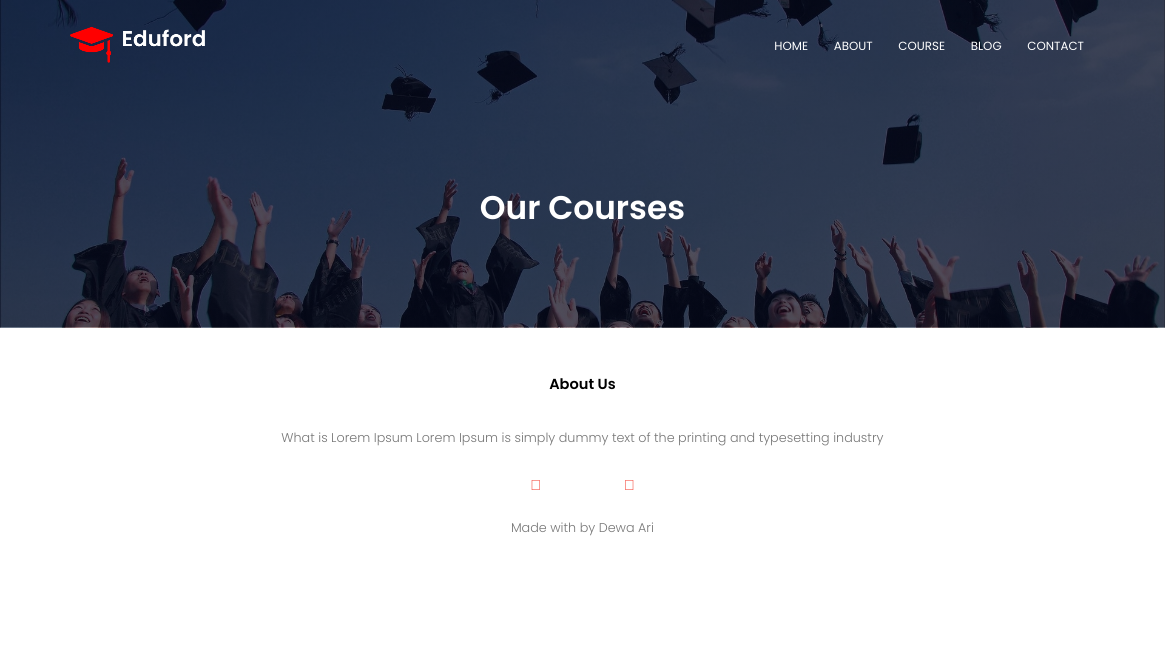
Repository: dewaary/company-profile
Page: course.html
An editor plug-in stored every save of this project. The page is shown before and after the next save, followed by the edit.
The browser window is 1280 px wide. The pictures show the whole page, at 91% of full size.

Above is the page before, as saved 2021-05-07 23:38:44.

### course.html
<!DOCTYPE html>
<html lang="en">

<head>
    <meta charset="UTF-8" />
    <meta http-equiv="X-UA-Compatible" content="IE=edge" />
    <meta name="viewport" content="width=device-width, initial-scale=1.0" />
    <title>University Website Design</title>
    <link rel="stylesheet" href="style.css" />
    <link rel="preconnect" href="https://fonts.gstatic.com" />
    <link href="https://fonts.googleapis.com/css2?family=Poppins:wght@200;300;400;600;700&display=swap"
        rel="stylesheet" />
    <link rel="stylesheet"
        href="https://cdn.jsdelivr.net/npm/@fortawesome/fontawesome-free@5.15.3/css/fontawesome.min.css" />
</head>

<body>
    <section class="sub-header">
        <nav>
            <a href="index.html"><img src="images/logo.png" /></a>
            <div class="nav-links" id="navLinks">
                <i class="fa fa-times" onclick="hideMenu()"></i>
                <ul>
                    <li><a href="">HOME</a></li>
                    <li><a href="">ABOUT</a></li>
                    <li><a href="">COURSE</a></li>
                    <li><a href="">BLOG</a></li>
                    <li><a href="">CONTACT</a></li>
                </ul>
            </div>
            <i class="fa fa-bars" onclick="showMenu()"></i>
        </nav>
        <h1>Our Courses</h1>
    </section>


    <section class="footer">
        <h4>About Us</h4>
        <p>
            What is Lorem Ipsum Lorem Ipsum is simply dummy text of the printing and
            typesetting industry
        </p>
        <div class="icons">
            <i class="fa fa-facebook"></i>
            <i class="fa fa-Twitter"></i>
            <i class="fa fa-Instagram"></i>
            <i class="fa fa-linkedin"></i>
        </div>
        <p>Made with <i class="fa fa-heart-0"></i>by Dewa Ari</p>
    </section>

    <!---- Javascript for Toggle Menu ---->
    <script>
        var navLinks = document.getElementById("navLinks");

        function showMenu() {
            navLinks.style.right = "0";
        }
        function hideMenu() {
            navLinks.style.right = "-200px";
        }
    </script>
</body>

</html>

### style.css
* {
  margin: 0;
  padding: 0;
  font-family: "Poppins", sans-serif;
}

.header {
  min-height: 100vh;
  width: 100%;
  background-image: linear-gradient(rgba(4, 9, 30, 0.7), rgba(4, 9, 30, 0.7)),
    url(images/banner.png);
  background-position: center;
  background-size: cover;
  position: relative;
}

nav {
  display: flex;
  padding: 2% 6%;
  justify-content: space-between;
  align-items: center;
}

nav img {
  width: 150px;
}

.nav-links {
  flex: 1;
  text-align: right;
}

.nav-links ul li {
  list-style: none;
  display: inline-block;
  padding: 8px 12px;
  position: relative;
}

.nav-links ul li a {
  color: #fff;
  text-decoration: none;
  font-size: 13px;
}

.nav-links ul li::after {
  content: "";
  width: 0%;
  height: 2px;
  background: #f44336;
  display: block;
  margin: auto;
  transition: 0.5s;
}

.nav-links ul li:hover::after {
  width: 100%;
}

.text-box {
  width: 90%;
  color: #fff;
  position: absolute;
  top: 50%;
  left: 50%;
  transform: translate(-50%, -50%);
  text-align: center;
}

.text-box h1 {
  font-size: 62px;
}

.text-box p {
  margin: 10px 0 40px;
  font-size: 14px;
  color: #fff;
}

.hero-btn {
  display: inline-block;
  text-decoration: none;
  color: #fff;
  border: 1px solid #fff;
  padding: 12px 34px;
  font-size: 13px;
  background: transparent;
  position: relative;
  cursor: pointer;
}

.hero-btn:hover {
  border: 1px solid #f44336;
  background: #f44336;
  transition: 1s;
}

nav .fa {
  display: none;
}

@media (max-width: 700px) {
  .text-box h1 {
    font-size: 20px;
  }

  .nav-links ul li {
    display: block;
  }
  .nav-links {
    position: absolute;
    background: #f44336;
    height: 100vh;
    width: 200px;
    top: 0;
    right: -200px;
    text-align: left;
    z-index: 2;
    transition: 1s;
  }

  nav .fa {
    display: block;
    color: #fff;
    margin: 10px;
    font-size: 22px;
    cursor: pointer;
  }

  .nav-links ul {
    padding: 30px;
  }
}

/*---- Course ------ */

.course {
  width: 80%;
  margin: auto;
  text-align: center;
  padding-top: 100px;
}

h1 {
  font-size: 36px;
  font-weight: 600;
}

p {
  color: #777;
  font-size: 14px;
  font-weight: 300;
  line-height: 22px;
  padding: 10px;
}

.row {
  margin-top: 5%;
  display: flex;
  justify-content: space-between;
}

.course-col {
  flex-basis: 31%;
  background: #fff3f3;
  border-radius: 10px;
  margin-bottom: 5%;
  padding: 20px 12px;
  box-sizing: border-box;
  transition: 0.5s;
}

h3 {
  text-align: center;
  font-weight: 600;
  margin: 10px 0;
}

.course-col:hover {
  box-shadow: 0 0 20px 0px rgba(0, 0, 0, 0.2);
}

@media (max-width: 700px) {
  .row {
    flex-direction: column;
  }
}

.campus {
  width: 80%;
  margin: auto;
  text-align: center;
  padding-top: 50px;
}

.campus-col {
  flex-basis: 32%;
  border-radius: 10px;
  margin-bottom: 30px;
  position: relative;
  overflow: hidden;
}
.campus-col img {
  width: 100%;
  display: block;
}

.layer {
  background: transparent;
  height: 100%;
  width: 100%;
  position: absolute;
  top: 0;
  left: 0;
  transition: 0.5s;
}

.layer:hover {
  background: rgba(226, 0, 0, 0.7);
}

.layer h3 {
  width: 100%;
  font-weight: 500;
  color: #fff;
  font-size: 26px;
  bottom: 0;
  left: 50%;
  transform: translateX(-50%);
  position: absolute;
  transition: 0.5s;
}

.layer:hover h3 {
  bottom: 49%;
  opacity: 1;
}

.facilities {
  width: 80%;
  margin: auto;
  text-align: center;
  padding-top: 100px;
}

.facilities-col {
  flex-basis: 31%;
  border-radius: 10px;
  margin-bottom: 5%;
  text-align: left;
}

.facilities-col img {
  width: 100%;
  border-radius: 10px;
}

.facilities-col p {
  padding: 0%;
}

.facilities-col h3 {
  margin-top: 16px;
  margin-bottom: 15px;
  text-align: left;
}

.testimonials {
  width: 80%;
  margin: auto;
  padding-top: 100px;
  text-align: center;
}

.testimonials-col {
  flex-basis: 44%;
  border-radius: 10px;
  margin-bottom: 5%;
  text-align: left;
  background: #fff3f3;
  padding: 25px;
  cursor: pointer;
  display: flex;
}

.testimonials-col img {
  height: 40px;
  margin-left: 5px;
  margin-right: 30px;
  border-radius: 50%;
}

.testimonials-col p {
  padding: 0;
}

.testimonials-col h3 {
  margin-top: 15px;
  text-align: left;
}

.testimonials-col .fa {
  color: #f44336;
}

@media (max-width: 700px) {
  .testimonials-col img {
    margin-left: 0px;
    margin-right: 15px;
  }
}

.cta {
  margin: 100px auto;
  width: 80%;
  background-image: linear-gradient(rgba(0, 0, 0, 0.7), rgba(0, 0, 0, 0.7)),
    url(images/banner2.jpg);
  background-position: center;
  background-size: cover;
  border-radius: 10px;
  text-align: center;
  padding: 100px 0;
}

.cta h1 {
  color: #fff;
  margin-bottom: 40px;
  padding: 0;
}

@media (max-width: 700px) {
  .cta h1 {
    font-size: 20px;
  }
}

.footer {
  width: 100%;
  text-align: center;
  padding: 30px 0;
}

.footer h4 {
  margin-bottom: 25px;
  margin-top: 20px;
  font-weight: 600;
}

.icons .fa {
  color: #f44336;
  margin: 0 13px;
  cursor: pointer;
  padding: 18px 0;
}

.fa-heart-0 {
  color: #f44336;
}

/*--------- About Us Page --------- */

.sub-header {
  height: 50vh;
  width: 100%;
  background-image: linear-gradient(rgba(4, 9, 30, 0.7), rgba(4, 9, 30, 0.7)),
    url(images/background.jpg);
  background-position: center;
  background-size: cover;
  text-align: center;
  color: #fff;
}

.sub-header h1{
  margin-top: 100px;
}

.about-us {
  width: 80%;
  margin: auto;
  padding-top: 80px;
  padding-bottom: 50px;
}

.about-col {
  flex-basis: 48%;
  padding: 30px 2px;
}

.about-col img{
  width: 100%;
}

.about-col h1{
  padding-top: 0;
}

.about-col p{
  padding: 15px 0 25px;
}

.red-btn {
  border: 1px solid #f44336;
  background: transparent;
  color: #f44336;
}

.red-btn:hover{
  color: #fff;
}

After the next save:
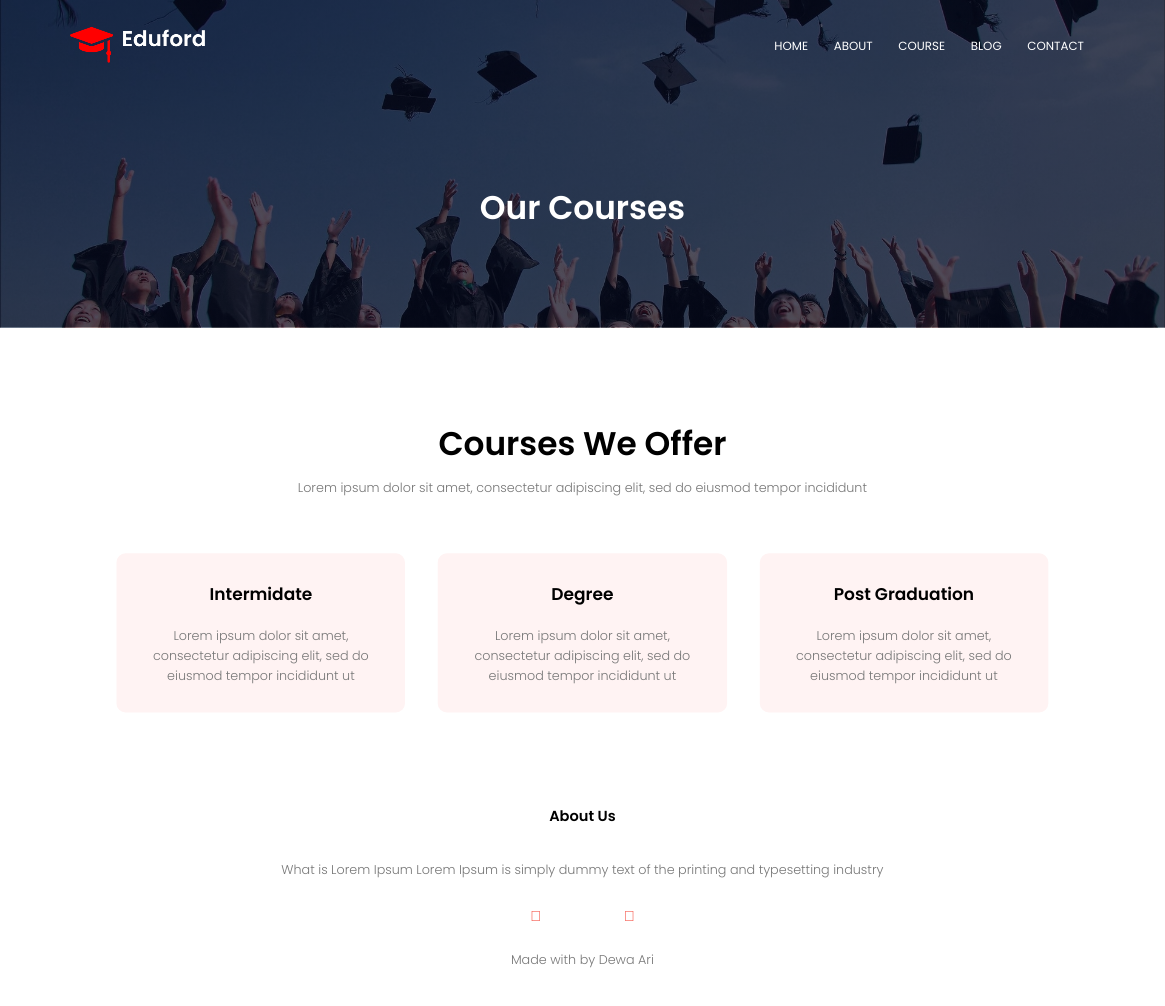
Saved 52 s later.
--- a/course.html
+++ b/course.html
@@ -33,6 +33,38 @@
         <h1>Our Courses</h1>
     </section>
 
+    <section class="course">
+        <h1>Courses We Offer</h1>
+        <p>
+            Lorem ipsum dolor sit amet, consectetur adipiscing elit, sed do eiusmod
+            tempor incididunt
+        </p>
+        <div class="row">
+            <div class="course-col">
+                <h3>Intermidate</h3>
+                <p>
+                    Lorem ipsum dolor sit amet, consectetur adipiscing elit, sed do
+                    eiusmod tempor incididunt ut
+                </p>
+            </div>
+
+            <div class="course-col">
+                <h3>Degree</h3>
+                <p>
+                    Lorem ipsum dolor sit amet, consectetur adipiscing elit, sed do
+                    eiusmod tempor incididunt ut
+                </p>
+            </div>
+
+            <div class="course-col">
+                <h3>Post Graduation</h3>
+                <p>
+                    Lorem ipsum dolor sit amet, consectetur adipiscing elit, sed do
+                    eiusmod tempor incididunt ut
+                </p>
+            </div>
+        </div>
+    </section>
 
     <section class="footer">
         <h4>About Us</h4>
